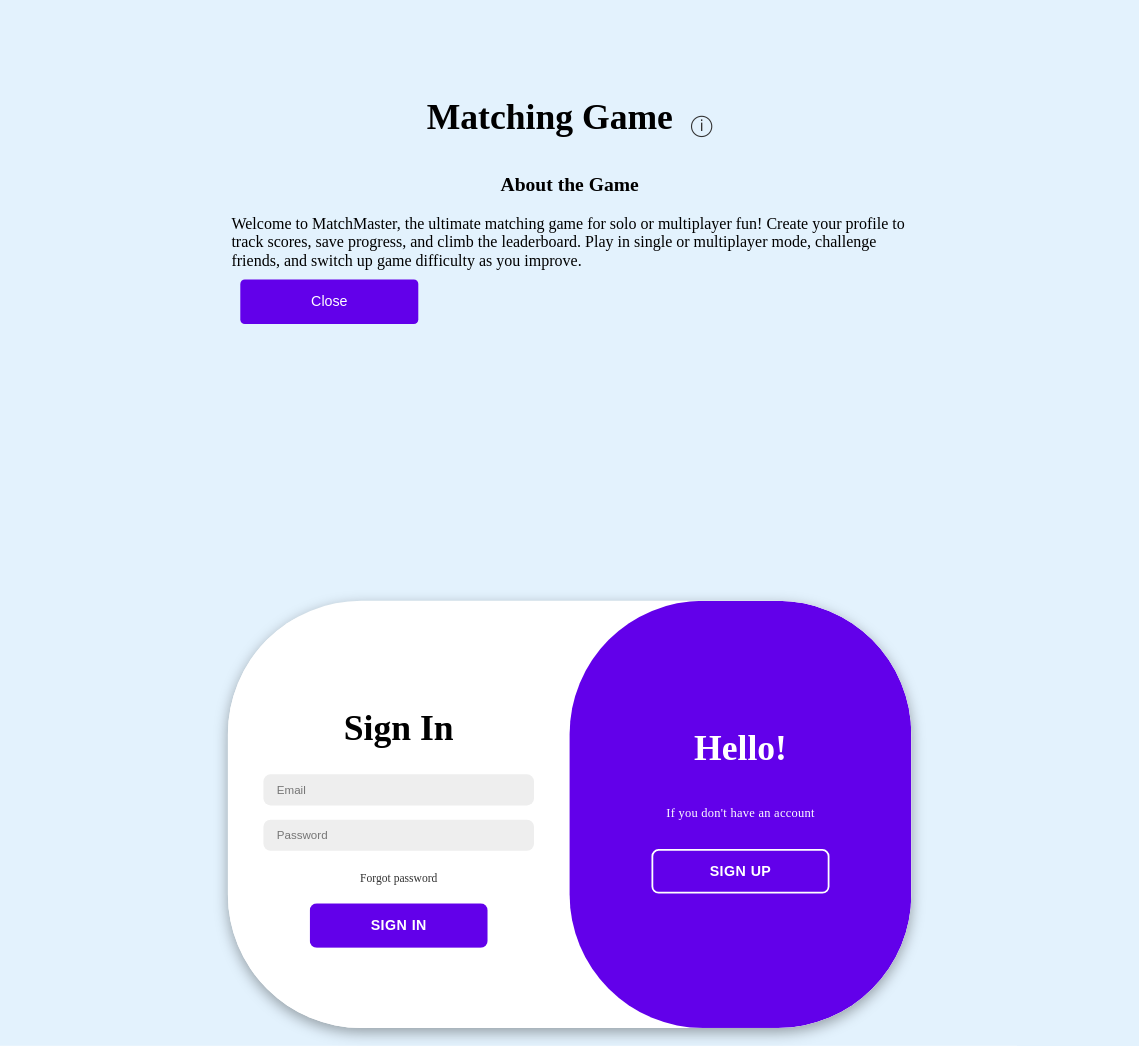
Repository: parnelltse/frontend2-courseproject
Page: /
These files come from the project's save history. The page is drawn as it stood at one moment and after the next save; the edit follows.
The browser window is 1280 px wide. The pictures show the whole page, at 89% of full size.
The project was rebuilt for these pictures with package versions that can differ from the ones it lists, and the page was loaded fresh each time. Also part of the build but not shown: vite.config.js, src/pages/home.jsx, src/components/BackButton.jsx, src/pages/gameoptions.jsx, src/pages/appsettings.jsx, src/pages/profilesettings.jsx, src/pages/gamehistory.jsx, src/pages/singleplayer.jsx and 4 more.

Above is the page before, as saved 2024-11-04 08:45:09.

After the next save:
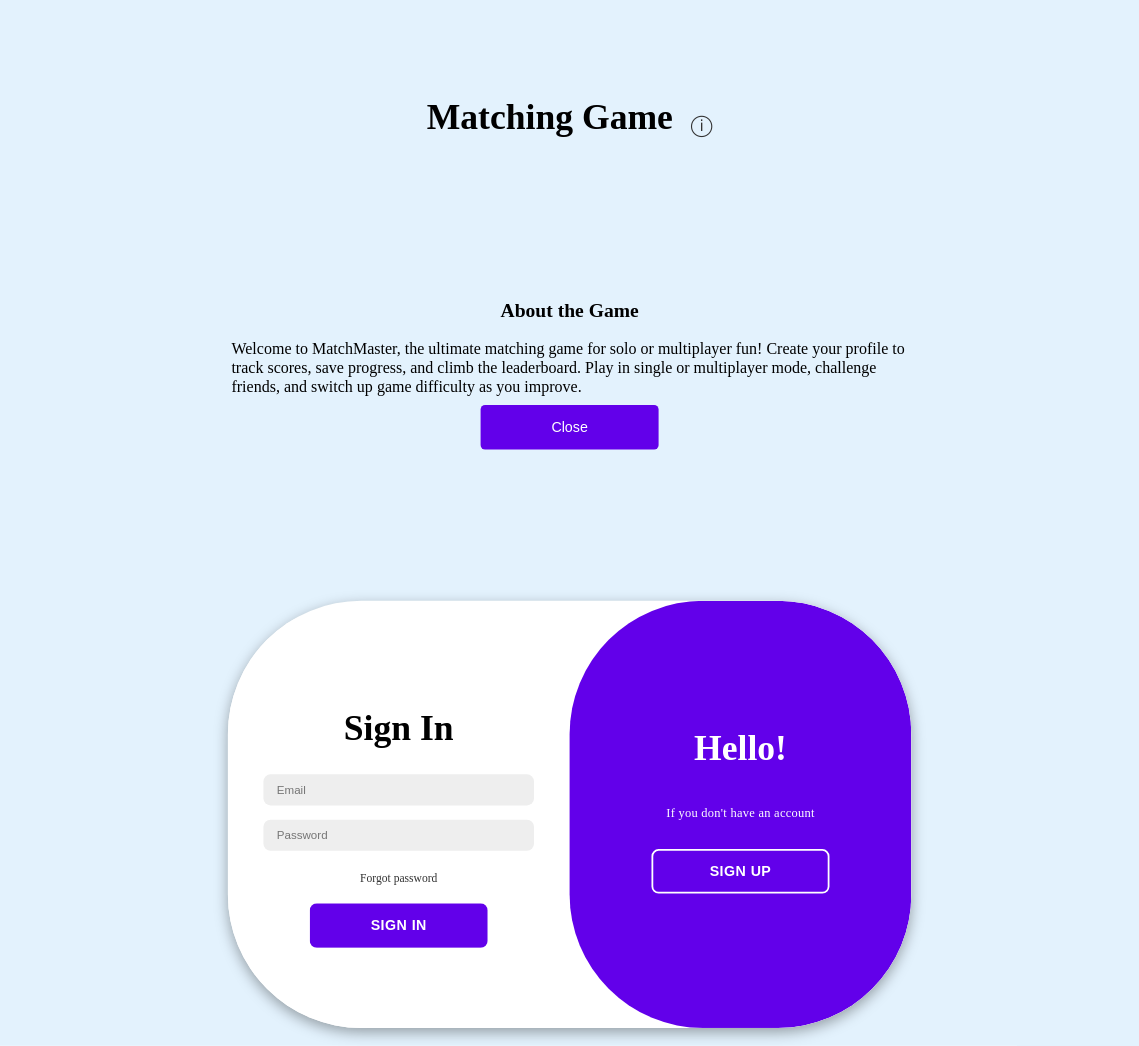
Saved 48 s later.
--- a/src/index.css
+++ b/src/index.css
@@ -252,6 +252,9 @@
   margin: auto;
   align-items: center;
   padding: 20px;
+  display: flex;
+  flex-direction: column;
+  justify-content: center;
 }
 
 .overlayHeader {
